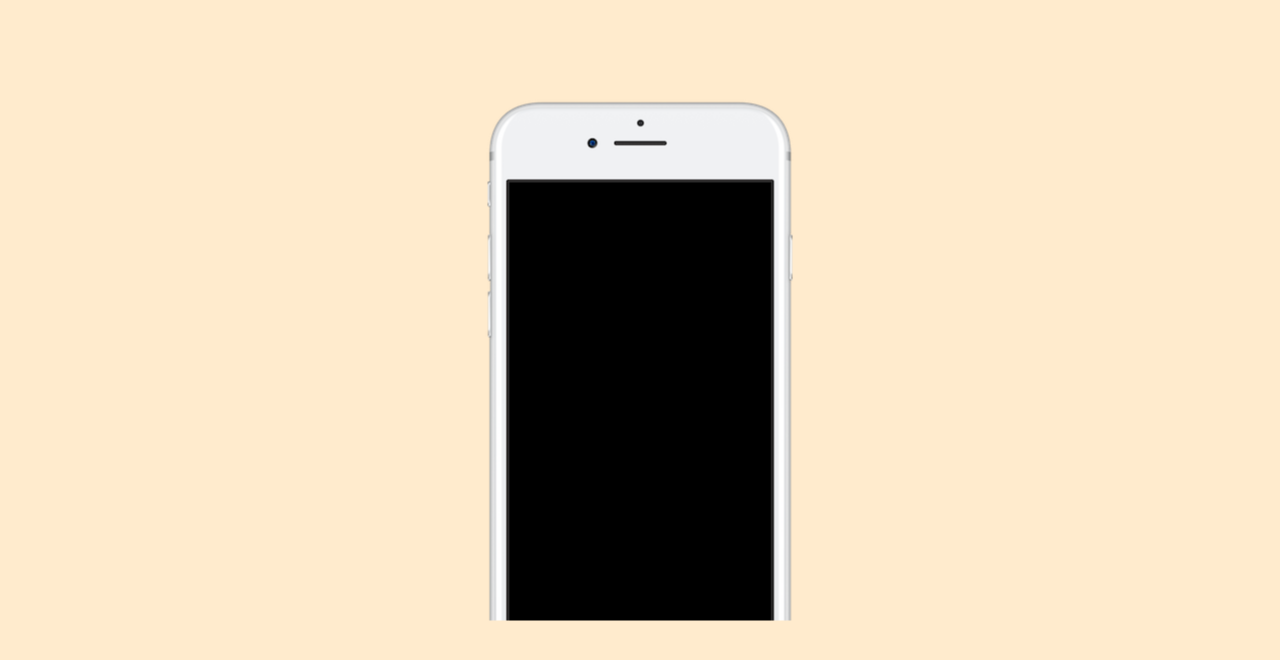
Repository: DorivalJunior14/Projeto-social
Page: index.html
These files come from the project's save history. The page is drawn as it stood at one moment and after the next save; the edit follows.
The browser window is 1280 px wide. The pictures show the whole page.

Above is the page before, as saved 2022-06-24 14:26:17.

### index.html
<!DOCTYPE html>
<html lang="pt-br">
<head>
    <meta charset="UTF-8">
    <meta http-equiv="X-UA-Compatible" content="IE=edge">
    <meta name="viewport" content="width=device-width, initial-scale=1.0">
    <link rel="shortcut icon" href="favicon.ico" type="image/x-icon">
    <link rel="stylesheet" href="estilos/style.css">
    <title>Projeto redes sociais</title>

</head>
<body>
  <main>
    <section id="telefone">
    </section>
    <section id="redes-sociais">
    </section>
  </main>
</body>
</html>

### estilos/style.css
@charset "UTF-8";

*{
    margin: 0px;
    padding: 0px;
    font-family: Arial, Helvetica, sans-serif;
}

html, body {
    height: 100vh;
    width: 100vw;
    background-color: black;

}

main {
    position: relative;
    height: 100vh;
    background-color: blanchedalmond;
}

section#telefone {
    position: absolute;
    top: 50%;
    left: 50%;
    transform: translate(-50%,-50%);
    height: 521px;
    width: 311px;
    background-color: blue;
    background: url('../imagens/frame-iphone.png') no-repeat;
    transform: translate(-50%,-50%);
    }

After the next save:
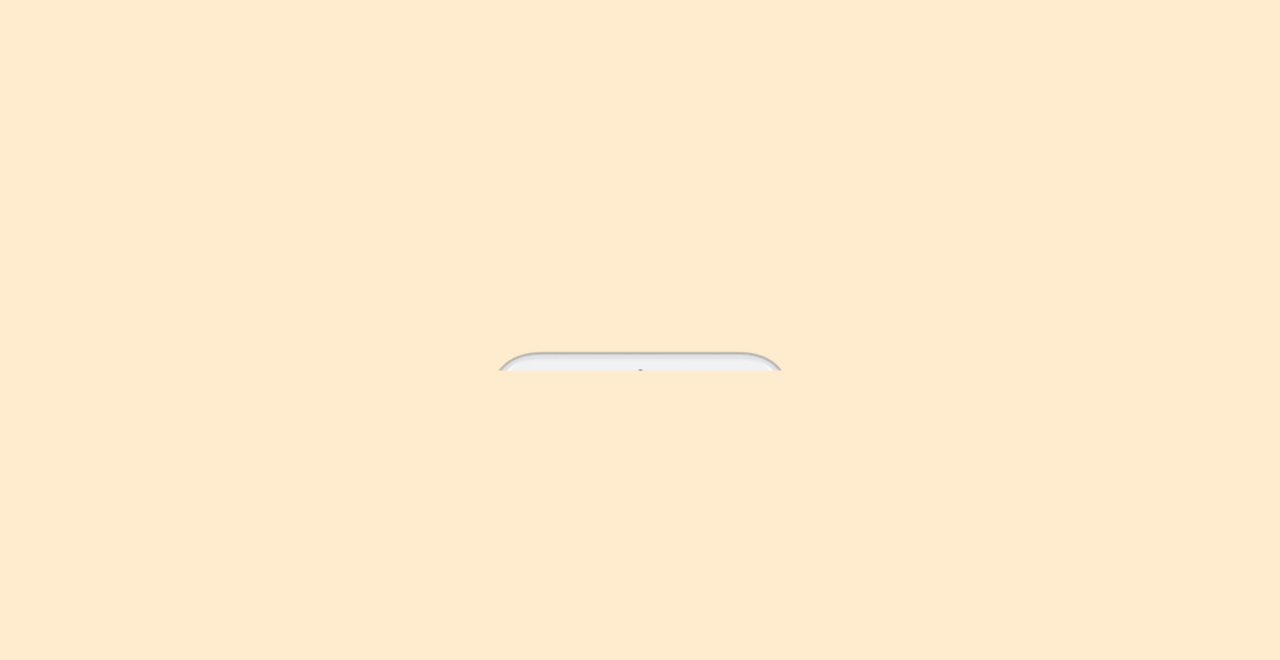
Saved 25 s later.
--- a/estilos/style.css
+++ b/estilos/style.css
@@ -24,7 +24,7 @@ section#telefone {
     top: 50%;
     left: 50%;
     transform: translate(-50%,-50%);
-    height: 521px;
+    height: 21px;
     width: 311px;
     background-color: blue;
     background: url('../imagens/frame-iphone.png') no-repeat;
